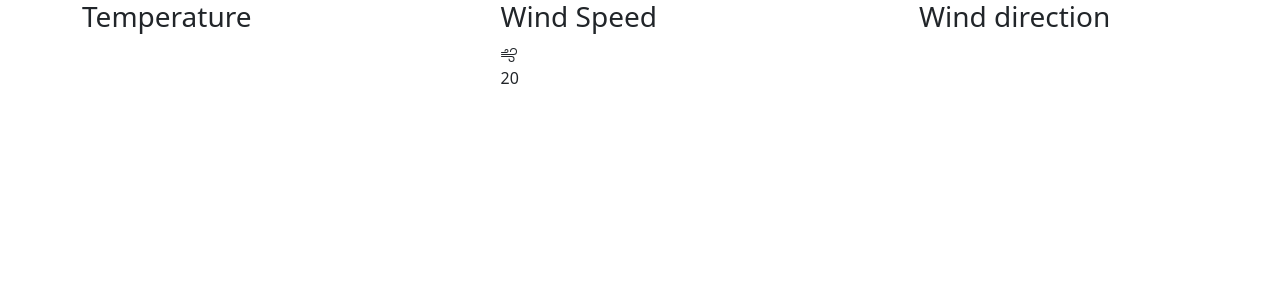
Repository: Saiyamjain-100/weather-app
Page: src/component/new.html
The author's editor kept a copy of each file at every save. The page is drawn from the files as they stood at one save, then again after the next save.
The browser window is 1280 px wide. The pictures show the whole page.

Above is the page before, as saved 2022-05-18 14:24:38.

### src/component/new.html
<!DOCTYPE html>
<html lang="en">
<head>
    <meta charset="UTF-8">
    <meta http-equiv="X-UA-Compatible" content="IE=edge">
    <meta name="viewport" content="width=device-width, initial-scale=1.0">

    <link href="https://cdn.jsdelivr.net/npm/bootstrap@5.2.0-beta1/dist/css/bootstrap.min.css" rel="stylesheet" integrity="sha384-0evHe/X+R7YkIZDRvuzKMRqM+OrBnVFBL6DOitfPri4tjfHxaWutUpFmBp4vmVor" crossorigin="anonymous">
    <title>Document</title>
</head>
<body>
    <script src="https://cdn.jsdelivr.net/npm/bootstrap@5.2.0-beta1/dist/js/bootstrap.bundle.min.js" integrity="sha384-pprn3073KE6tl6bjs2QrFaJGz5/SUsLqktiwsUTF55Jfv3qYSDhgCecCxMW52nD2" crossorigin="anonymous"></script>

    <div class="container">
        <div class="d-flex justify-content-between">
            <div class="col-md-3">
                <h3>Temperature</h3>
                <i></i>
            </div>
            <div class="col-md-3">
                <h3>Wind Speed</h3>
                <div class="">
                    <svg xmlns="http://www.w3.org/2000/svg" width="16" height="16" fill="currentColor" class="bi bi-wind" viewBox="0 0 16 16">
                        <path d="M12.5 2A2.5 2.5 0 0 0 10 4.5a.5.5 0 0 1-1 0A3.5 3.5 0 1 1 12.5 8H.5a.5.5 0 0 1 0-1h12a2.5 2.5 0 0 0 0-5zm-7 1a1 1 0 0 0-1 1 .5.5 0 0 1-1 0 2 2 0 1 1 2 2h-5a.5.5 0 0 1 0-1h5a1 1 0 0 0 0-2zM0 9.5A.5.5 0 0 1 .5 9h10.042a3 3 0 1 1-3 3 .5.5 0 0 1 1 0 2 2 0 1 0 2-2H.5a.5.5 0 0 1-.5-.5z"/>
                      </svg>
                    <p>20</p>
                </div>
            </div>
            <div class="col-md-3">
                <h3>Wind direction</h3>
            </div>
        </div>
    </div>
</body>
</html>

After the next save:
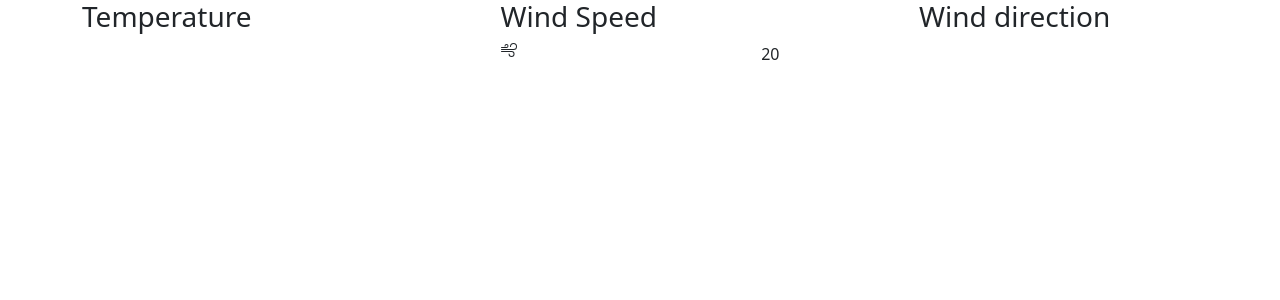
Saved 8 s later.
--- a/src/component/new.html
+++ b/src/component/new.html
@@ -19,7 +19,7 @@
             </div>
             <div class="col-md-3">
                 <h3>Wind Speed</h3>
-                <div class="">
+                <div class="d-flex justify-content-between">
                     <svg xmlns="http://www.w3.org/2000/svg" width="16" height="16" fill="currentColor" class="bi bi-wind" viewBox="0 0 16 16">
                         <path d="M12.5 2A2.5 2.5 0 0 0 10 4.5a.5.5 0 0 1-1 0A3.5 3.5 0 1 1 12.5 8H.5a.5.5 0 0 1 0-1h12a2.5 2.5 0 0 0 0-5zm-7 1a1 1 0 0 0-1 1 .5.5 0 0 1-1 0 2 2 0 1 1 2 2h-5a.5.5 0 0 1 0-1h5a1 1 0 0 0 0-2zM0 9.5A.5.5 0 0 1 .5 9h10.042a3 3 0 1 1-3 3 .5.5 0 0 1 1 0 2 2 0 1 0 2-2H.5a.5.5 0 0 1-.5-.5z"/>
                       </svg>
